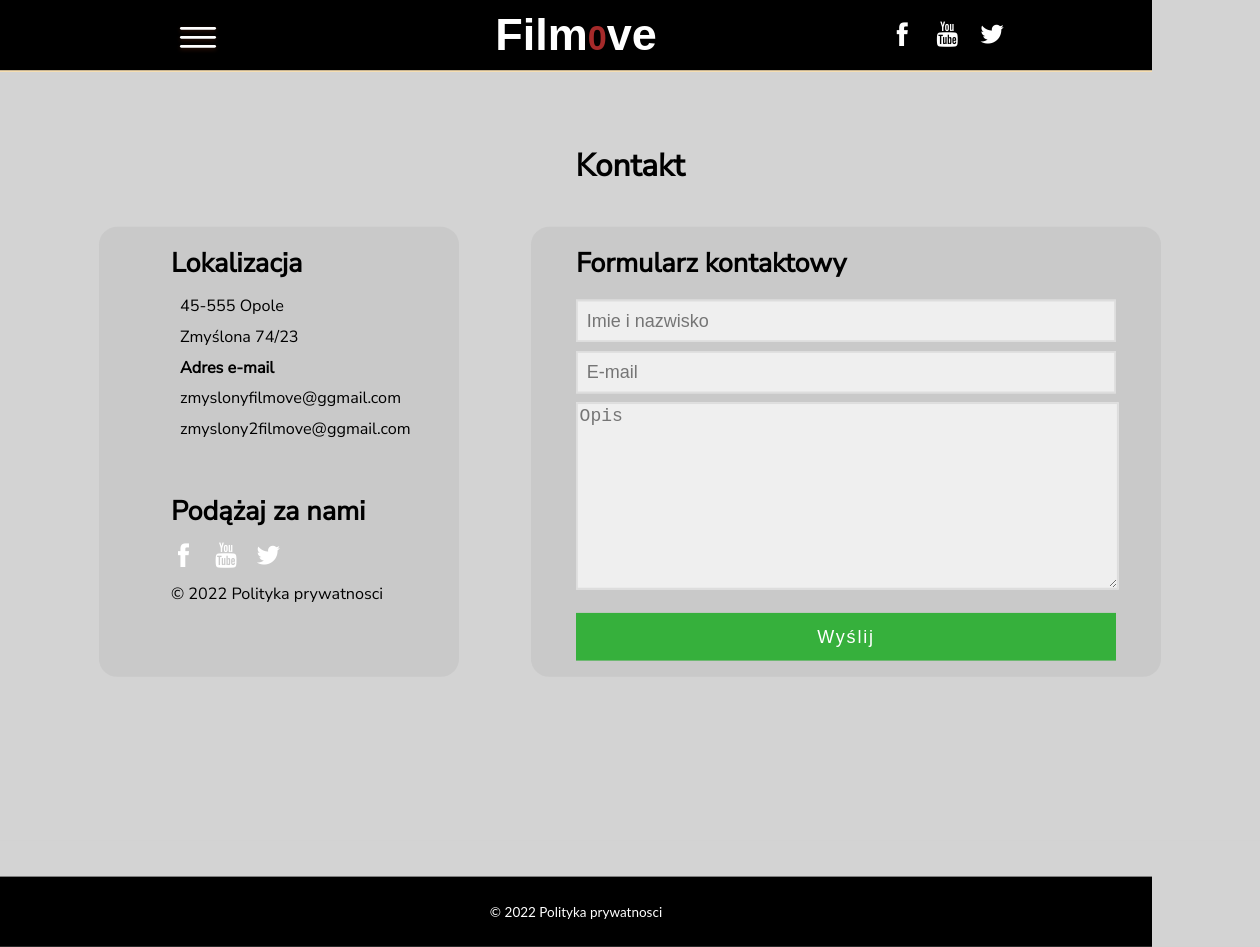
Repository: PrzemyslawJura/MovieWebsite
Page: Kontakt.html
The author's editor kept a copy of each file at every save. The page is drawn from the files as they stood at one save, then again after the next save.
The browser window is 1280 px wide. The page is 1400 px wide, so the pictures cover 1400 px, including what lies to the right of the window. The pictures show the whole page, at 90% of full size.
Some web fonts or font styles are not loaded; a fallback is used.

Above is the page before, as saved 2022-04-12 14:50:08.

### Kontakt.html
<!DOCTYPE html>
<html lang="pl">
    <head>
        <meta charset="utf-8">
        <title>FilmoVe - bo kochamy kino!</title>
        <meta name="description" content="Description"/>
        <meta name="keywords" content="Keywords"/>
        <meta http-equiv="X-UA-Compatible" content="IE=edge" />

        <!--Links-->
        <link href="style.css" rel="stylesheet" type="text/css">
        <link href="fontello/css/fontello.css" rel="stylesheet" type="text/css">
        <!--------->

        <!--Favicon-->
        <link rel="apple-touch-icon" sizes="60x60" href="favicon/apple-touch-icon.png">
        <link rel="icon" type="image/png" sizes="32x32" href="favicon/favicon-32x32.png">
        <link rel="icon" type="image/png" sizes="16x16" href="favicon/favicon-16x16.png">
        <link rel="manifest" href="favicon/site.webmanifest">
        <link rel="mask-icon" href="favicon/safari-pinned-tab.svg" color="#5bbad5">
        <meta name="msapplication-TileColor" content="#da532c">
        <meta name="theme-color" content="#ffffff">
        <!----------->

        <!--Google fonts-->
        <link rel="preconnect" href="https://fonts.googleapis.com">
        <link rel="preconnect" href="https://fonts.gstatic.com" crossorigin>
        <link href="https://fonts.googleapis.com/css2?family=Wire+One&display=swap" rel="stylesheet">
        <link rel="preconnect" href="https://fonts.googleapis.com">
        <link rel="preconnect" href="https://fonts.gstatic.com" crossorigin>
        <link href="https://fonts.googleapis.com/css2?family=Nunito+Sans:ital,wght@0,300;0,400;1,700&display=swap" rel="stylesheet">
        <!---------------->

    </head>

    <body>

        <header id="logo-header">
            <div id="bar">

                    <div id="left_bar">
                        <div class="menu-btn" onclick="openNav()">
                            <div class="menu-btn_burger" ></div>
                        </div>
                    </div>


                    <div id="mid_bar">
                        <h1><a href="#">Film<span style="color: brown; font-size: 38px;">0</span>ve</a></h1>
                    </div>

                <nav id="right_bar">
                    <div id="right_bar">
                        <a href="https://www.facebook.com/" target="blank"><i class="demo-icon icon-facebook"></i></a>
                        <a href="https://www.youtube.com/" target="blank"><i class="demo-icon icon-youtube"></i></a>
                        <a href="https://twitter.com/?lang=en" target="blank"><i class="demo-icon icon-twitter"></i></a>
                    </div>
                </nav>

            </div>
        </header>

        <nav>
            <div id="mySidenav" class="sidenav">
                <!-- <i class="demo-icon icon-camera"></i> -->
                <h1 id="sidenav1">Film<span style="color: brown; font-size: 45px;">0</span>ve</h1>
                <h2 id="sidenav2" style="margin-bottom: 50px;">Bo kochamy kino!</h2>

                <div class="option" id="sidenav3">
                    <a href="index.html">Strona główna</a>

                </div>
                <div class="option" id="sidenav4">
                    <a href="newsy.html">Newsy</a>

                </div>
                <div class="option" id="sidenav5">
                    <a href="ranking.html">Ranking</a>

                </div>
                <div class="option" id="sidenav6">
                    <a href="#">Sklep</a>

                </div>
                <div class="option" id="sidenav7">
                    <a href="Kontakt.html">Kontakt</a>

                </div>
            </div>
        </nav>


        <main >
            <div id="container">
                <article>
                <div id="min_art">
                    <section>
                    <h3 id="nag_art">Kontakt</h3>
                    <div id="siatka_kon">
                        <div id="kon1">
                            <h3>Lokalizacja</h3>
                            <h4>45-555 Opole</h4>
                            <h4>Zmyślona 74/23</h4>
                            <h4><b>Adres e-mail</b></h4>
                            <h4>zmyslonyfilmove@ggmail.com</h4>
                            <h4>zmyslony2filmove@ggmail.com</h4>
                            <h3 style="margin-top: 60px; margin-bottom: 0px;">Podążaj za nami</h3>
                            <a href="https://www.facebook.com/" target="blank"><i class="demo-icon icon-facebook"></i></a>
                            <a href="https://www.youtube.com/" target="blank"><i class="demo-icon icon-youtube"></i></a>
                            <a href="https://twitter.com/?lang=en" target="blank"><i class="demo-icon icon-twitter"></i></a>
                            <h4 style="padding-left: 0;">&copy; 2022 Polityka prywatnosci</h4>
                        </div>
                        <div id="kon2">
                            <h3>Formularz kontaktowy</h3>
                            <form action="">
                                <input type="text" type="text" id="name" name="name" size="50" maxlength="30"  placeholder="Imie i nazwisko"/>
                                <span class="komunikat"></span>
                                <input type="text" type="email" id="email" name="email" size="50" maxlength="30" placeholder="E-mail"/>
                                <span class="komunikat"></span>
                                <textarea id="message" name="message" placeholder="Opis"></textarea>
                                <span class="komunikat"></span>
                                <div id="submit">
                                    <input type="submit"  value="Wyślij">
                                </div>

                            </form>
                        </div>
                    </div>

                    <p></p>
                    </section>

                </div>
                </article>
            </div>
        </main>

        <footer >
            &copy; 2022 Polityka prywatnosci
        </footer>


        <!--JavaScript-->
        <script src="main.js"></script>
        <!-------------->
        <script src="jquerymin.js"></script>
        <script>
            $(document).ready(function() {

                //Walidacja nazwy
                $('#name').on('blur', function() {
                    var input = $(this);
                    var name_length = input.val().length;
                    if(name_length >= 5 && name_length <= 15){
                        input.removeClass("invalid").addClass("valid");
                        input.next('.komunikat').text("Wprowadzono poprawną nazwę.").removeClass("blad").addClass("ok");
                    }
                    else{
                        input.removeClass("valid").addClass("invalid");
                        input.next('.komunikat').text("Nazwa musi mieć więcej niż 4 i mniej niż 16 znaków!").removeClass("ok").addClass("blad");

                    }
                });

                //Walidacja email
                $('#email').on('blur', function() {
                    var input = $(this);
                    var pattern = /^([\w-]+(?:\.[\w-]+)*)@((?:[\w-]+\.)*\w[\w-]{0,66})\.([a-z]{2,6}(?:\.[a-z]{2})?)$/i;
                    var is_email = pattern.test(input.val());
                    if(is_email){
                        input.removeClass("invalid").addClass("valid");
                        input.next('.komunikat').text("Wprowadzono poprawny email.").removeClass("blad").addClass("ok");
                    }
                    else{
                        input.removeClass("valid").addClass("invalid");
                        input.next('.komunikat').text("Wprowadź poprawny email!").removeClass("ok").addClass("blad");
                    }
                });

                //Walidacja wiadomości
                $('#message').on('blur', function() {
                    var input = $(this);
                    var message = $(this).val();
                    if(message){
                        input.removeClass("invalid").addClass("valid");
                        input.next('.komunikat').text("Wprowadzono poprawną wiadomość.").removeClass("blad").addClass("ok");
                    }
                    else{
                        input.removeClass("valid").addClass("invalid");
                        input.next('.komunikat').text("Wiadomość nie może być pusta!").removeClass("ok").addClass("blad");
                    }
                });

                //Po próbie wysłania formularza
                    $('#submit button').click(function(event){
                        var name = $('#name');
                        var email = $('#email');
                        var message = $('#message');

                        if(name.hasClass('valid') && email.hasClass('valid') && message.hasClass('valid')){
                            alert("Pomyślnie wysłano formularz.");
                        }
                        else {
                            event.preventDefault();
                            alert("Uzupełnij wszystkie pola!");
                        }
                    });
            });
            </script>


    </body>

</html>

### fontello/css/fontello.css
@font-face {
  font-family: 'fontello';
  src: url('../font/fontello.eot?97168612');
  src: url('../font/fontello.eot?97168612#iefix') format('embedded-opentype'),
       url('../font/fontello.woff2?97168612') format('woff2'),
       url('../font/fontello.woff?97168612') format('woff'),
       url('../font/fontello.ttf?97168612') format('truetype'),
       url('../font/fontello.svg?97168612#fontello') format('svg');
  font-weight: normal;
  font-style: normal;
}
/* Chrome hack: SVG is rendered more smooth in Windozze. 100% magic, uncomment if you need it. */
/* Note, that will break hinting! In other OS-es font will be not as sharp as it could be */
/*
@media screen and (-webkit-min-device-pixel-ratio:0) {
  @font-face {
    font-family: 'fontello';
    src: url('../font/fontello.svg?97168612#fontello') format('svg');
  }
}
*/
[class^="icon-"]:before, [class*=" icon-"]:before {
  font-family: "fontello";
  font-style: normal;
  font-weight: normal;
  speak: never;

  display: inline-block;
  text-decoration: inherit;
  width: 1em;
  margin-right: .2em;
  text-align: center;
  /* opacity: .8; */

  /* For safety - reset parent styles, that can break glyph codes*/
  font-variant: normal;
  text-transform: none;

  /* fix buttons height, for twitter bootstrap */
  line-height: 1em;

  /* Animation center compensation - margins should be symmetric */
  /* remove if not needed */
  margin-left: .2em;

  /* you can be more comfortable with increased icons size */
  /* font-size: 120%; */

  /* Font smoothing. That was taken from TWBS */
  -webkit-font-smoothing: antialiased;
  -moz-osx-font-smoothing: grayscale;

  /* Uncomment for 3D effect */
  /* text-shadow: 1px 1px 1px rgba(127, 127, 127, 0.3); */
}

.icon-user:before { content: '\e800'; } /* '' */
.icon-camera:before { content: '\e801'; color: rgb(134, 97, 110); font-size: 80px; display: block; margin-left: auto; margin-right: auto;} /* '' */
.icon-camera-outline:before { content: '\e802'; color: white; font-size: 10px; } /* '' */
.icon-facebook-circled:before { content: '\f051'; } /* '' */
.icon-facebook:before { content: '\f052'; margin: 14px 15px 0 0; font-size: 28px; } /* '' */
.icon-menu:before { content: '\f0c9'; } /* '' */
.icon-youtube-squared:before { content: '\f166'; } /* '' */
.icon-youtube:before { content: '\f167'; margin: 14px 15px 0 0;font-size: 28px;} /* '' */
.icon-twitter:before { content: '\f309'; margin: 14px 15px 0 0;font-size: 28px;} /* '' */
.icon-twitter-circled:before { content: '\f30a'; } /* '' */
.icon-instagram:before { content: '\f31e'; } /* '' */
.icon-instagram-filled:before { content: '\f31f'; } /* '' */

Loaded but not shown: jquerymin.js (library); main.js (41 lines, source omitted); style.css (984 lines, source omitted)

After the next save:
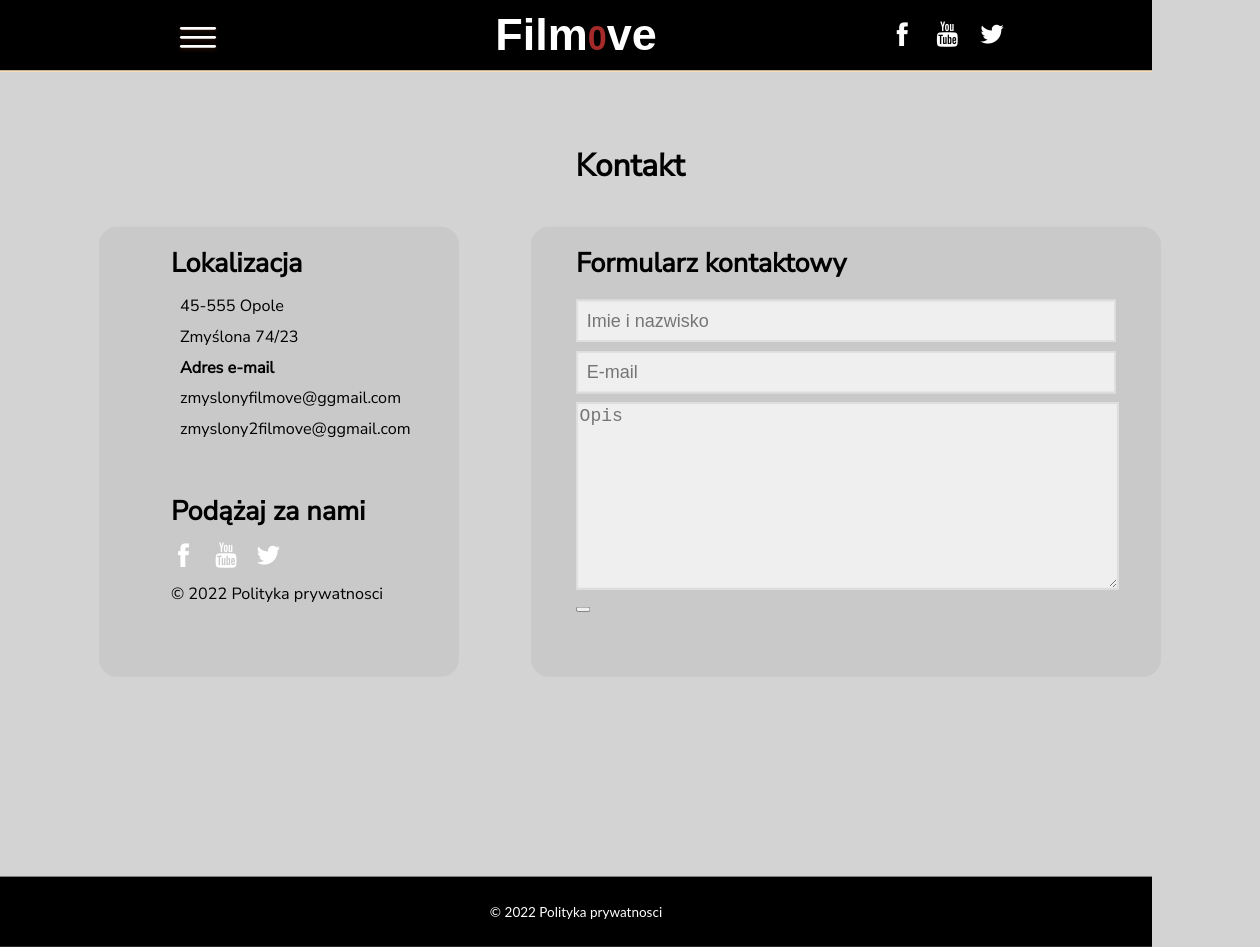
Saved 39 s later.
--- a/Kontakt.html
+++ b/Kontakt.html
@@ -120,7 +120,7 @@
                                 <textarea id="message" name="message" placeholder="Opis"></textarea>
                                 <span class="komunikat"></span>
                                 <div id="submit">
-                                    <input type="submit"  value="Wyślij">
+                                    <button type="submit"  value="Wyślij">
                                 </div>
 
                             </form>
